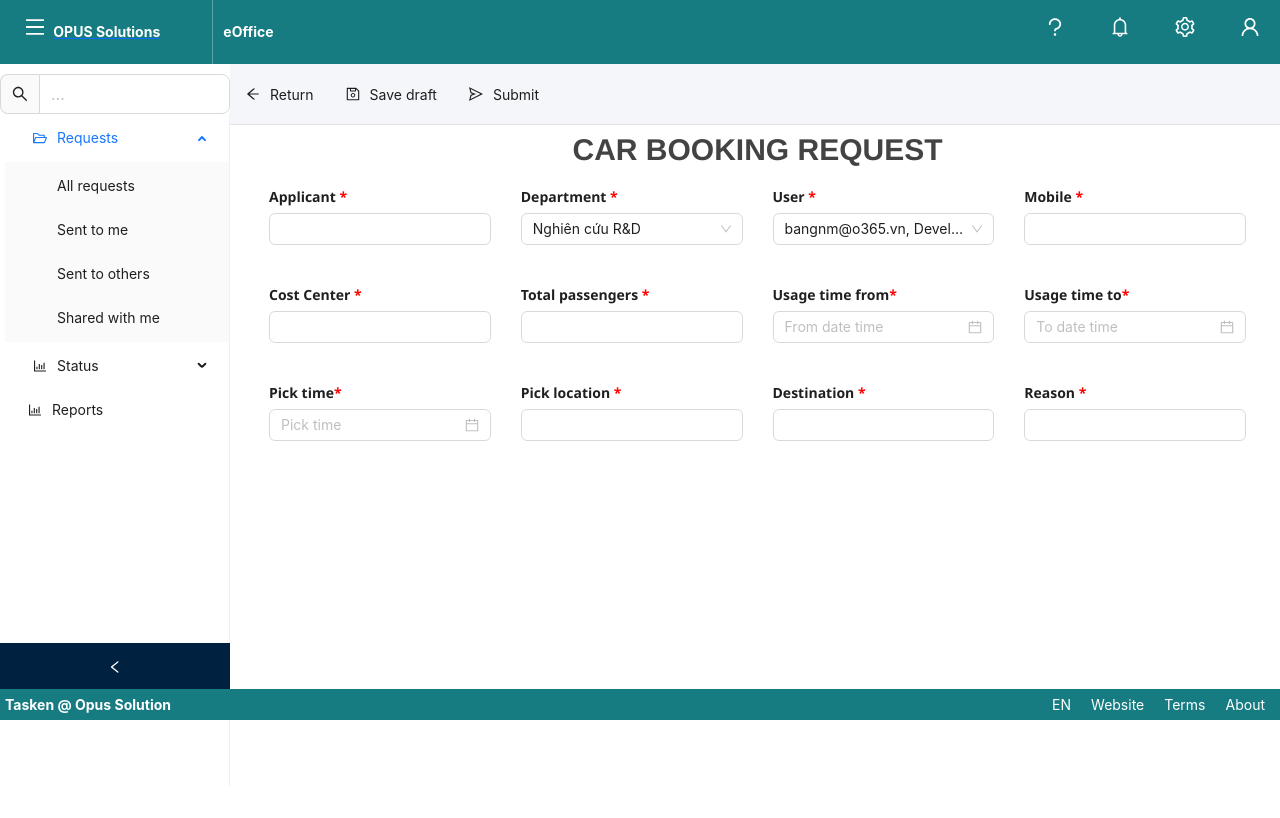
Repository: vannam272008/car-booking
Page: /request/addrequest
These files come from the project's save history. The page is drawn as it stood at one moment and after the next save; the edit follows.
The browser window is 1280 px wide. The pictures show the whole page.
The project was rebuilt for these pictures with package versions that can differ from the ones it lists, and the page was loaded fresh each time. Also part of the build but not shown: src/Components/DetailRequest/Comments/comment.css, src/Components/DetailRequest/Comments/comment.tsx, src/Components/DetailRequest/Menu/menu.tsx, src/Components/DetailRequest/Detail/detail.tsx, src/Pages/ManageRequest/index.css, src/Pages/ManageRequest/ManageRequest.tsx. Imported but missing from the stored project, and not drawn on this page: src/Components/AddRequest/AddRequest/addRequest/css, src/Pages/Home.

Above is the page before, as saved 2023-07-06 16:27:13.

After the next save:
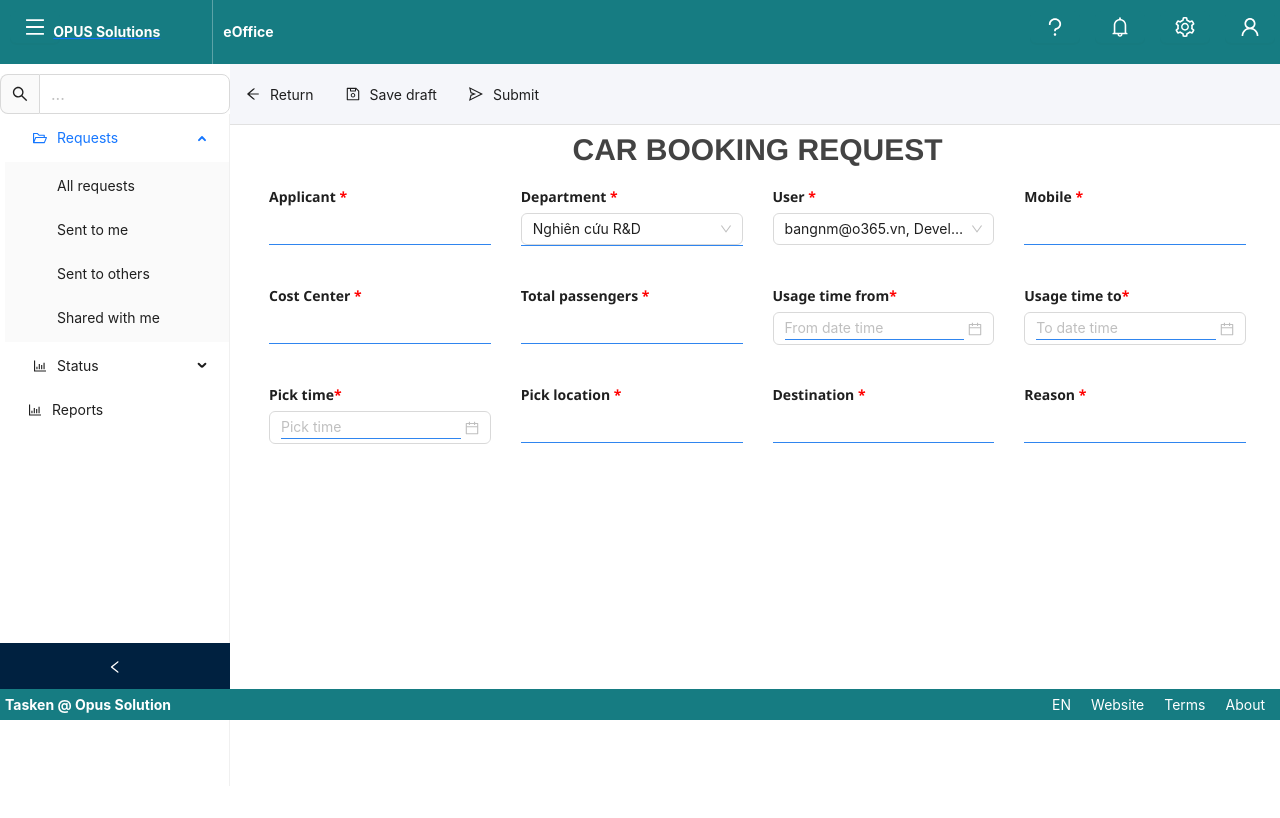
Saved 13 s later.
--- a/src/Components/AddRequest/AddRequest/index.tsx
+++ b/src/Components/AddRequest/AddRequest/index.tsx
@@ -2,7 +2,7 @@ import React from 'react';
 import MenuAdd from '../MenuAdd';
 import RequestLayout from '../../RequestLayout';
 import { Col, Input, Row, Form, Select, DatePicker } from 'antd';
-import './addRequest/css'
+import './addRequest.css'
 
 
 function AddRequest(): JSX.Element {
